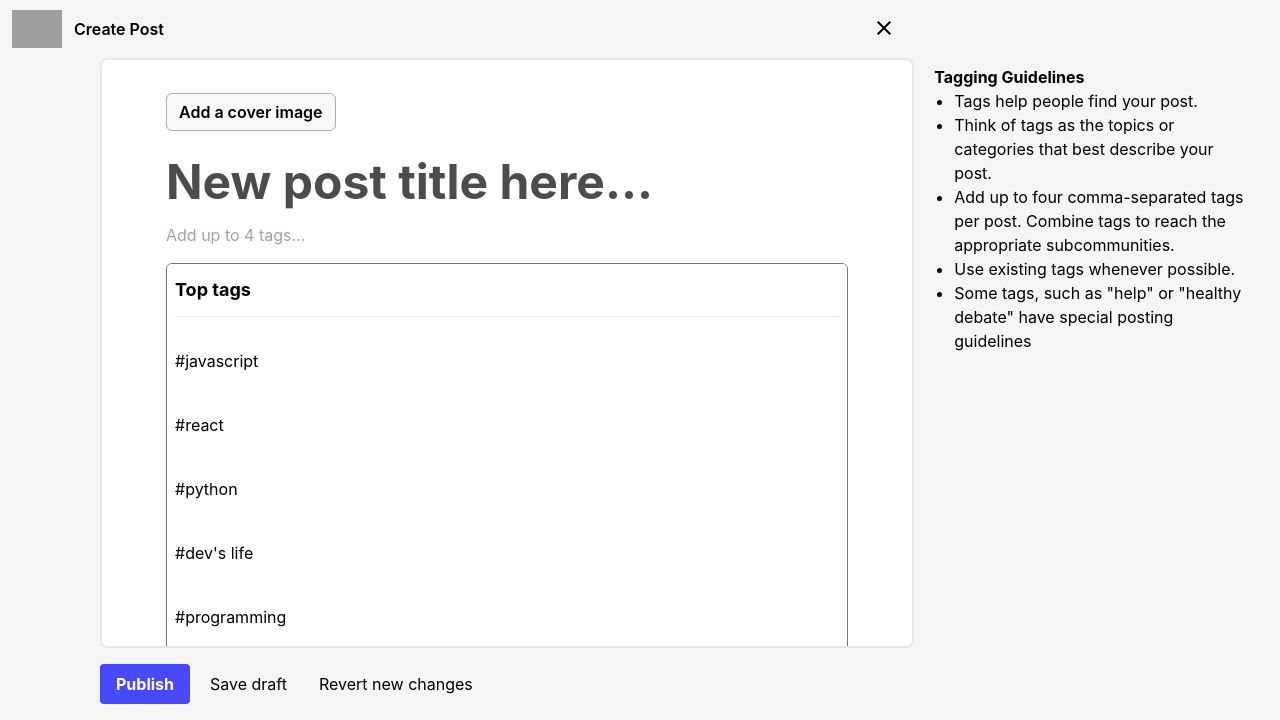
Repository: dat-nguyen-2001/Dev.to
Page: /new (app in client/)
These files come from the project's save history. The page is drawn as it stood at one moment and after a run of saves; the edit follows.
The browser window is 1280 px wide. The pictures show the whole page.
Pictures or frames that could not be fetched are drawn as grey boxes. An inner scrolling area shows only its first screen. The project was rebuilt for these pictures with package versions that can differ from the ones it lists, and the page was loaded fresh each time. Also part of the build but not shown: client/src/components/Footer.tsx, client/src/components/nav/GuestNav.tsx, client/src/components/nav/NavBar.tsx, client/src/components/Layout.tsx, client/src/pages/about.tsx, client/src/components/SignInForm.tsx, client/src/components/SignInPlatform.tsx, client/src/pages/enter.tsx and 1 more.

Above is the page before, as saved 2022-09-25 12:08:08.

After the next 2 saves:
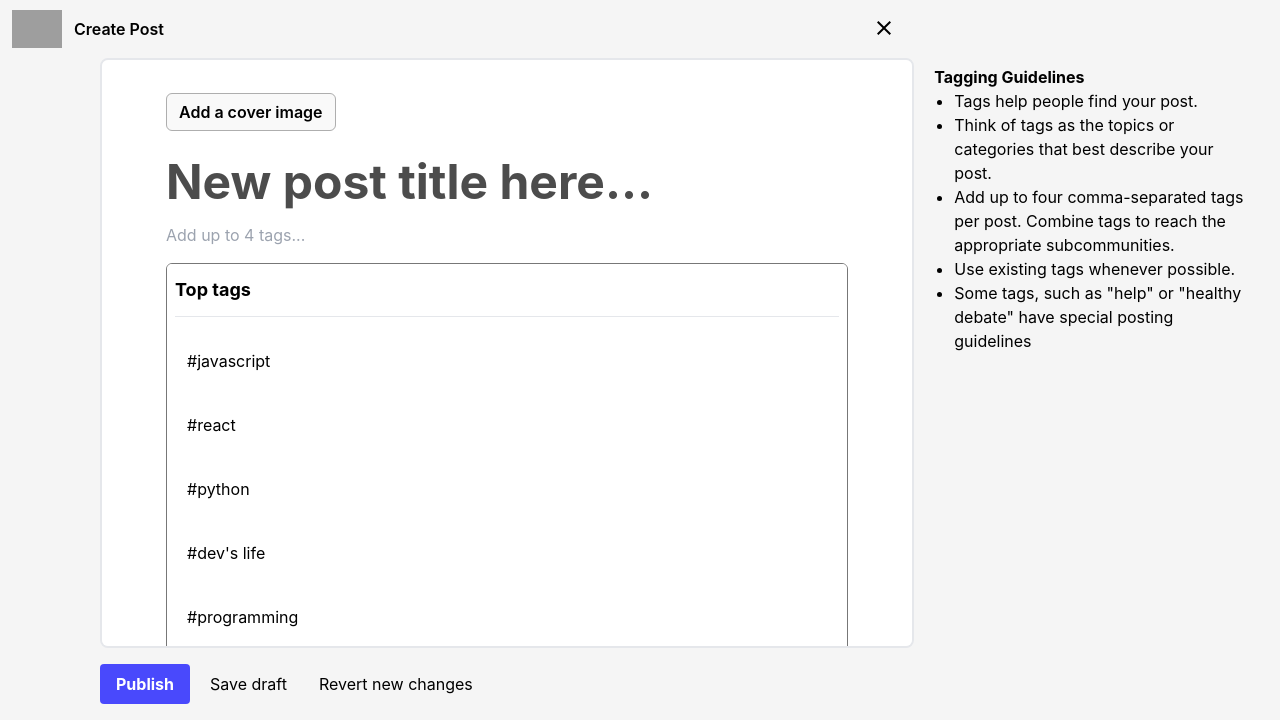
The 2 saves are shown as one change because they came seconds apart.
The last was saved 11 s later.
--- a/client/src/pages/new.tsx
+++ b/client/src/pages/new.tsx
@@ -80,7 +80,7 @@ const New = () => {
                             <hr></hr>
                             <ul className='flex flex-col space-y-0 cursor-pointer pt-3'>
                                 {tags.map(tag => (
-                                    <li key={tag} className='py-5 hover:text-[#3e45b2] hover:bg-[#f5f5f5]'>#{tag}</li>
+                                    <li key={tag} className='py-5 px-3 hover:text-[#3e45b2] hover:bg-[#f5f5f5]'>#{tag}</li>
                                 ))}
                             </ul>
                         </div>
